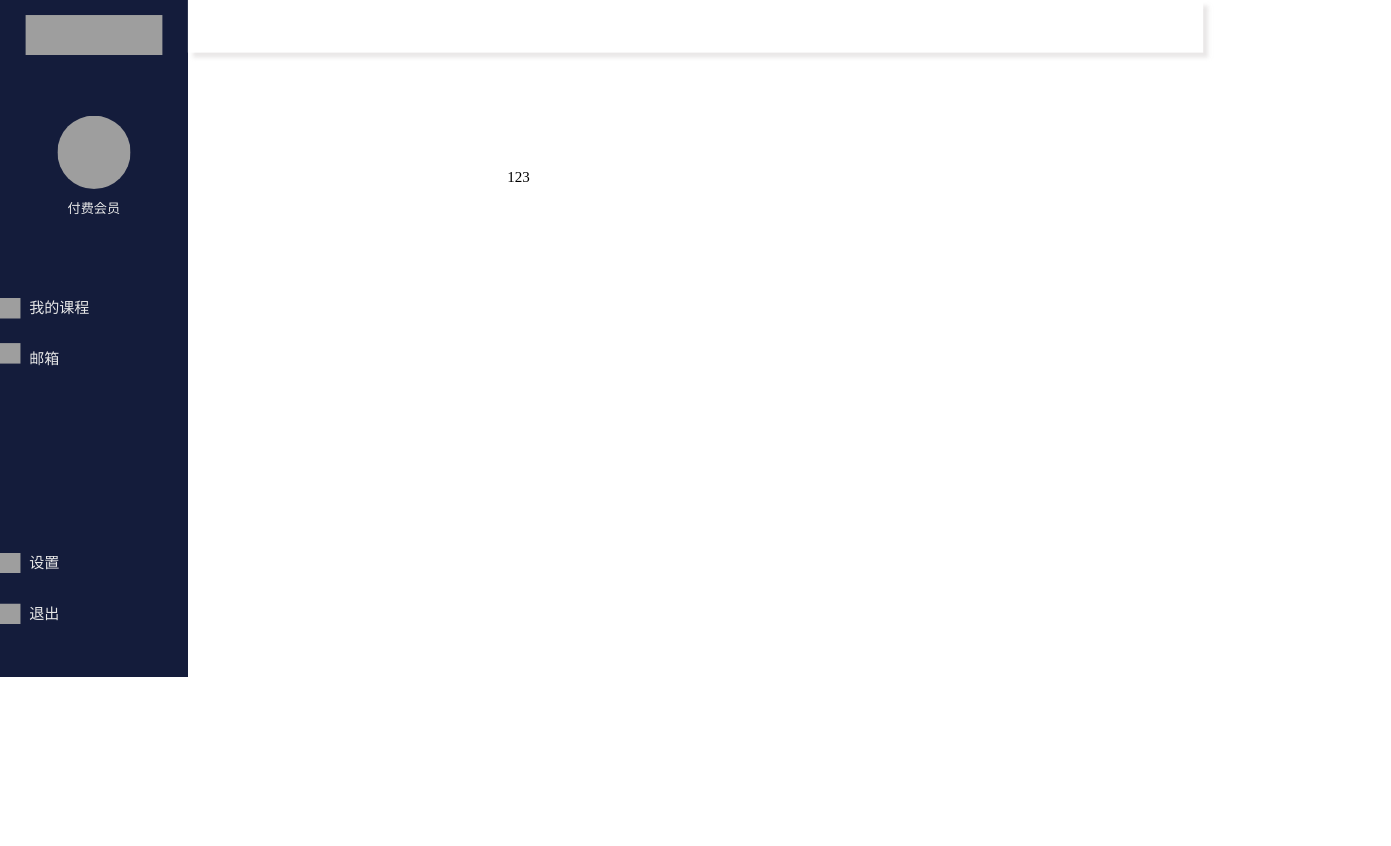
Repository: saswhite/banyuan-class
Page: / (app in 9.14作业/)
An editor plug-in stored every save of this project. The page is shown before and after the next save, followed by the edit.
The browser window is 1280 px wide. The page is 1480 px wide, so the pictures cover 1480 px, including what lies to the right of the window. The pictures show the whole page, at 94% of full size.
Pictures or frames that could not be fetched are drawn as grey boxes. The project was rebuilt for these pictures with package versions that can differ from the ones it lists, and the page was loaded fresh each time.

Above is the page before, as saved 2020-09-14 16:51:22.

After the next save:
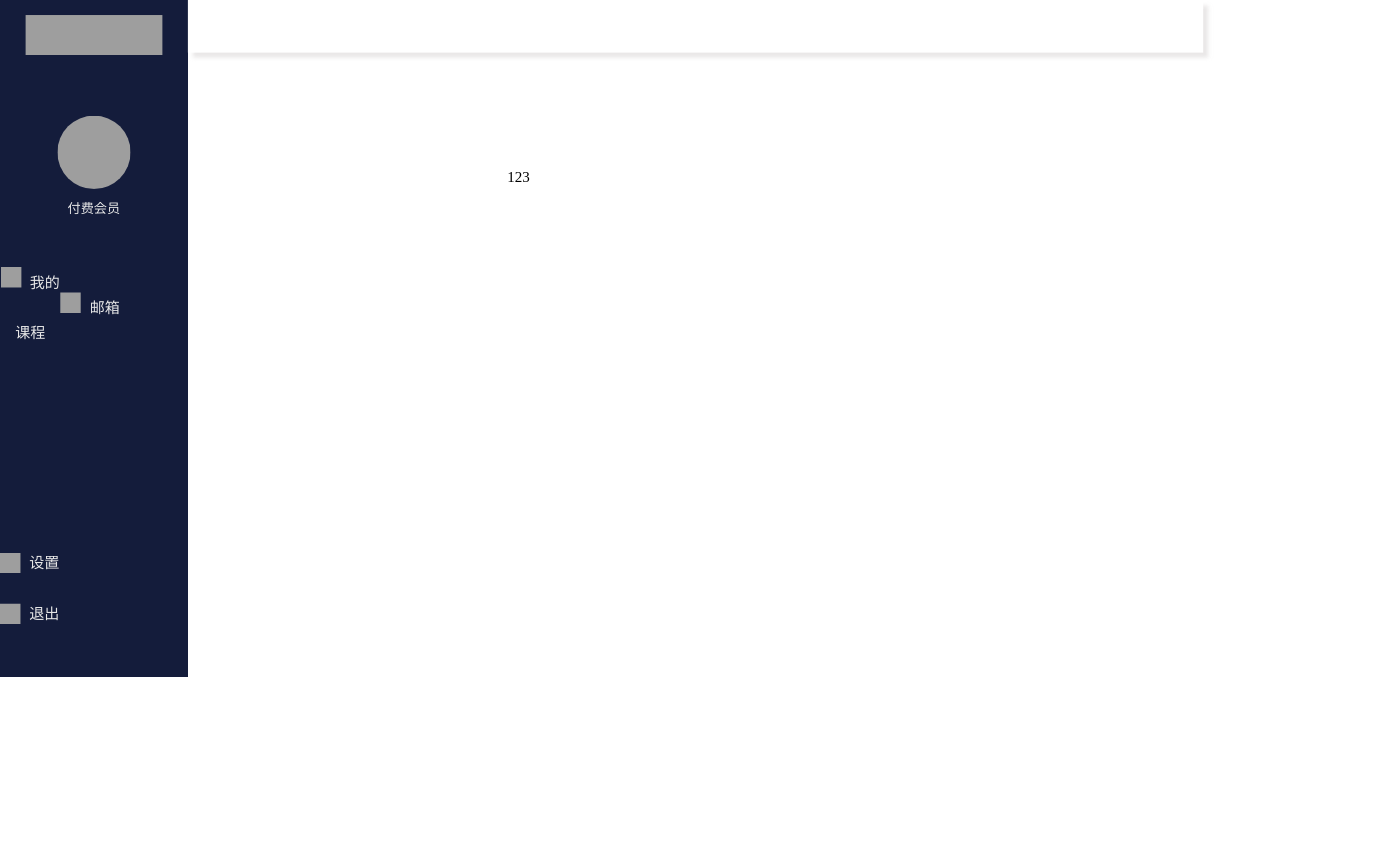
Saved 51 s later.
--- a/9.14作业/src/App.vue
+++ b/9.14作业/src/App.vue
@@ -13,8 +13,9 @@
           />
           <div class="name">付费会员</div>
         </div>
-        <div class="section-container">
-          <div class="section">
+
+        <div class="section">
+          <div class="section-container">
             <img
               src="https://by-image.oss-cn-shanghai.aliyuncs.com/yfront/static/user/uc-index-my-course.png"
               class="section-icon"
